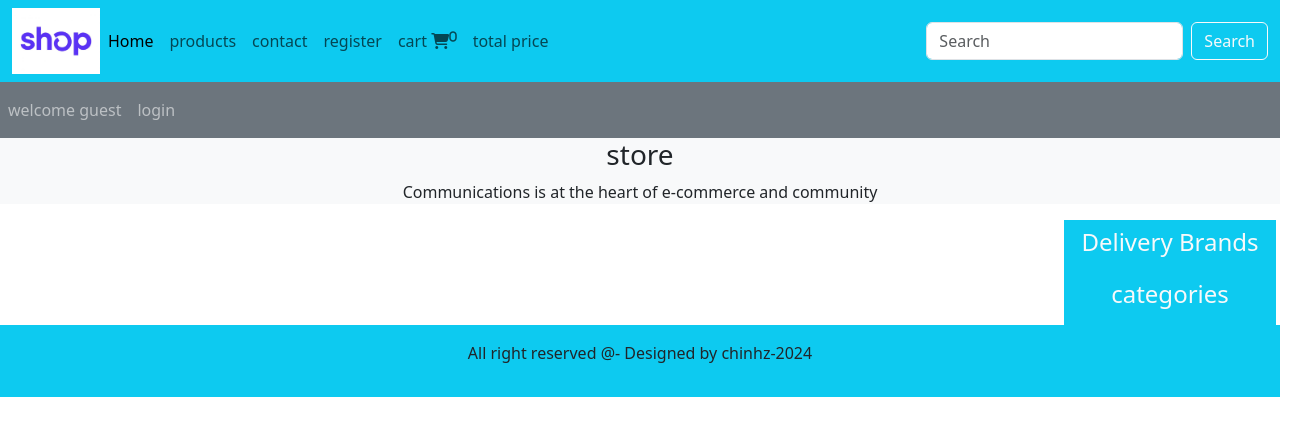
Repository: hahuuchinh2501/ecommerce_web
Page: http://localhost/
The author's editor kept a copy of each file at every save. The page is drawn from the files as they stood at one save, then again after the next save.
The browser window is 1280 px wide. The page is 1292 px wide, so the pictures cover 1292 px, including what lies to the right of the window. The pictures show the whole page.
The page is run by PHP 8.4 with error messages shown; the project is at /var/www/html/. Queries for data that is not in the repository find no rows.

Above is the page before, as saved 2025-02-06 21:47:36.

### index.php
<?php
include('includes/connect.php');
include('functions/common_function.php');
?>



<!DOCTYPE html>
<html lang="en">

<head>
    <meta charset="UTF-8">
    <meta name="viewport" content="width=device-width, initial-scale=1.0">
    <title>website</title>
    <link href="https://cdn.jsdelivr.net/npm/bootstrap@5.3.3/dist/css/bootstrap.min.css" rel="stylesheet"
        integrity="sha384-QWTKZyjpPEjISv5WaRU9OFeRpok6YctnYmDr5pNlyT2bRjXh0JMhjY6hW+ALEwIH" crossorigin="anonymous">
    <link rel="stylesheet" href="https://cdnjs.cloudflare.com/ajax/libs/font-awesome/6.5.2/css/all.min.css"
        integrity="sha512-SnH5WK+bZxgPHs44uWIX+LLJAJ9/2PkPKZ5QiAj6Ta86w+fsb2TkcmfRyVX3pBnMFcV7oQPJkl9QevSCWr3W6A=="
        crossorigin="anonymous" referrerpolicy="no-referrer" />
    <link rel="stylesheet" href="style.css">

</head>

<body>
    <!-- navbar -->
    <div class="container-fluid p-0">
        <nav class="navbar navbar-expand-lg bg-info">
            <div class="container-fluid">
                <img src="./images/shop.jpg" alt="" class="logo">
                <button class="navbar-toggler" type="button" data-bs-toggle="collapse"
                    data-bs-target="#navbarSupportedContent" aria-controls="navbarSupportedContent"
                    aria-expanded="false" aria-label="Toggle navigation">
                    <span class="navbar-toggler-icon"></span>
                </button>
                <div class="collapse navbar-collapse" id="navbarSupportedContent">
                    <ul class="navbar-nav me-auto mb-2 mb-lg-0">
                        <li class="nav-item">
                            <a class="nav-link active" aria-current="page" href="index.php">Home</a>
                        </li>
                        <li class="nav-item">
                            <a class="nav-link" href="display_all.php">products</a>
                        </li>
                        <li class="nav-item">
                            <a class="nav-link" href="#">contact</a>
                        </li>
                        <li class="nav-item">
                            <a class="nav-link" href="#">register</a>
                        </li>
                        <li class="nav-item">
                            <a class="nav-link" href="#">cart <i
                                    class="fa-solid fa-cart-shopping"><sup><?php cart_item(); ?></sup></i></a>
                        </li>
                        <li class="nav-item">
                            <a class="nav-link" href="#">total price</a>
                        </li>
                    </ul>
                    <form class="d-flex" role="search" action="search_product.php" method="get">
                        <input class="form-control me-2" type="search" placeholder="Search" aria-label="Search"
                            name="search_data">
                        <!-- <button class="btn btn-outline-success" type="submit">Search</button> -->
                        <input type="submit" value="Search" class="btn btn-outline-light" name="search_data_product">
                    </form>
                </div>
            </div>
        </nav>

        <!-- call function cart -->
        <?php
        cart();
        ?>

        <nav class="navbar navbar-expand-lg navbar-dark bg-secondary">
            <ul class="navbar-nav me-auto">
                <li class="nav-item">
                    <a class="nav-link" href="#">welcome guest</a>
                </li>
                <li class="nav-item">
                    <a class="nav-link" href="#">login</a>
                </li>
            </ul>
        </nav>
        <div class="bg-light">
            <h3 class="text-center">store</h3>
            <p class="text-center">Communications is at the heart of e-commerce and community</p>
        </div>

        <div class="row px-3">
            <div class="col-md-10">
                <div class="row">
                    <!-- fetching products -->

                    <?php
                    getproducts();
                    get_unique_categories();
                    get_unique_brands();
                    // $ip = getIPAddress();
                    // echo 'User Real IP Address - ' . $ip;
                    ?>
                    <!-- <div class="col-md-4 mb-4">
                        <div class="card">
                            <img src="./images/4.jpg" class="card-img-top" alt="...">
                            <div class="card-body">
                                <h5 class="card-title">Card title</h5>
                                <p class="card-text">Some quick example text to build on the card title and make up the bulk of the card's content.</p>
                                <a href="#" class="btn btn-info">Add to cart</a>
                                <a href="#" class="btn btn-secondary">View more</a>
                            </div>
                        </div>
                    </div> -->




                    <!-- row end    -->
                </div>
                <!-- col end -->
            </div>

            <div class="col-md-2 bg-secondary p-0">
                <!--branch-->
                <ul class="navbar-nav me-auto text-center">
                    <li class="nav-item bg-info">
                        <a href="#" class="nav-link text-light">
                            <h4>Delivery Brands</h4>
                        </a>
                    </li>

                    <?php
                    // $select_brands="select * from `brands`";
                    // $result_brands=mysqli_query($con,$select_brands);
                    // // $row_data=mysqli_fetch_assoc($result_brands);
                    // // echo $row_data['brand_title'];
                    // // echo $row_data['brand_title'];
                    // while($row_data=mysqli_fetch_assoc($result_brands)){
                    //     $brand_title=$row_data['brand_title'];
                    //     $brand_id=$row_data['brand_id'];
                    //     echo "<li class='nav-item'>
                    //     <a href='index.php?brand=$brand_id' class='nav-link text-light'> $brand_title</a>
                    // </li>";
                    // }
                    getbrands();

                    ?>


                    <!-- <li class="nav-item">
                        <a href="#" class="nav-link text-light"> Brands1</a>
                    </li>
                    <li class="nav-item">
                        <a href="#" class="nav-link text-light"> Brands2</a>
                    </li>
                    <li class="nav-item">
                        <a href="#" class="nav-link text-light"> Brands3</a>
                    </li>
                    <li class="nav-item">
                        <a href="#" class="nav-link text-light"> Brands4</a>
                    </li>
                    <li class="nav-item">
                        <a href="#" class="nav-link text-light"> Brands3</a>
                    </li> -->
                </ul>


                <!--category-->
                <ul class="navbar-nav me-auto text-center">
                    <li class="nav-item bg-info">
                        <a href="#" class="nav-link text-light">
                            <h4>categories</h4>
                        </a>
                    </li>

                    <?php
                    // $select_categories="select * from `categories`";
                    // $result_categories=mysqli_query($con,$select_categories);
                    // // $row_data=mysqli_fetch_assoc($result_brands);
                    // // echo $row_data['brand_title'];
                    // // echo $row_data['brand_title'];
                    // while($row_data=mysqli_fetch_assoc($result_categories)){
                    //     $category_title=$row_data['category_title'];
                    //     $category_id=$row_data['category_id'];
                    //     echo "<li class='nav-item'>
                    //     <a href='index.php?category=$category_id' class='nav-link text-light'> $category_title</a>
                    // </li>";
                    // }
                    getcategories();
                    ?>




                    <!-- <li class="nav-item">
                        <a href="#" class="nav-link text-light">categories</a>
                    </li>
                    <li class="nav-item">
                        <a href="#" class="nav-link text-light"> categories</a>
                    </li>
                    <li class="nav-item">
                        <a href="#" class="nav-link text-light"> categories</a>
                    </li>
                    <li class="nav-item">
                        <a href="#" class="nav-link text-light"> categories</a>
                    </li>
                    <li class="nav-item">
                        <a href="#" class="nav-link text-light">categories</a>
                    </li> -->
                </ul>
            </div>
        </div>

        <!-- include footer  -->
        <?php
        include("./includes/footer.php")
            ?>
    </div>

    <script src="https://cdn.jsdelivr.net/npm/bootstrap@5.3.3/dist/js/bootstrap.bundle.min.js"
        integrity="sha384-YvpcrYf0tY3lHB60NNkmXc5s9fDVZLESaAA55NDzOxhy9GkcIdslK1eN7N6jIeHz"
        crossorigin="anonymous"></script>
</body>

</html>

### includes/connect.php
<?php

$con=mysqli_connect('127.0.0.1:3316','root','123','myshop');
if(!$con) {
    die(mysqli_error($con));
}


?>

### functions/common_function.php
<?php
include('./includes/connect.php');


function getproducts()
{

    global $con;
    //condition to check isset or not
    if (!isset($_GET['category'])) {
        if (!isset($_GET['brand'])) {
            $select_query = "Select * from `products` order by rand() LIMIT 0,9";
            $result_query = mysqli_query($con, $select_query);
            // $row=mysqli_fetch_assoc($result_query);
            // echo $row['product_title'];
            while ($row = mysqli_fetch_assoc($result_query)) {
                $product_id = $row['product_id'];
                $product_title = $row['product_title'];
                $product_description = $row['product_description'];
                $product_image1 = $row['product_image1'];
                $product_price = $row['product_price'];
                $category_id = $row['category_id'];
                $brand_id = $row['brand_id'];
                echo "<div class='col-md-4 mb-2'>
                        <div class='card'>
                            <img src='./admin_area/product_images/$product_image1' class='card-img-top' alt='...'>
                            <div class='card-body'>
                                <h5 class='card-title'>$product_title</h5>
                                <p class='card-text'>$product_description</p>
                                <p class='card-text'>Giá: $product_price</p>
                                <a href='index.php?add_to_cart=$product_id' class='btn btn-info'>Add to cart</a>
                                <a href='product_details.php?product_id=$product_id' class='btn btn-secondary'>View more</a>
                            </div>
                        </div>
                    </div>";
            }
        }

    }
}

// getting all product
function get_all_products()
{
    global $con;
    //condition to check isset or not
    if (!isset($_GET['category'])) {
        if (!isset($_GET['brand'])) {
            $select_query = "Select * from `products` order by rand()";
            $result_query = mysqli_query($con, $select_query);
            // $row=mysqli_fetch_assoc($result_query);
            // echo $row['product_title'];
            while ($row = mysqli_fetch_assoc($result_query)) {
                $product_id = $row['product_id'];
                $product_title = $row['product_title'];
                $product_description = $row['product_description'];
                $product_image1 = $row['product_image1'];
                $product_price = $row['product_price'];
                $category_id = $row['category_id'];
                $brand_id = $row['brand_id'];
                echo "<div class='col-md-4 mb-2'>
                        <div class='card'>
                            <img src='./admin_area/product_images/$product_image1' class='card-img-top' alt='...'>
                            <div class='card-body'>
                                <h5 class='card-title'>$product_title</h5>
                                <p class='card-text'>$product_description</p>
                                <p class='card-text'>Giá: $product_price</p>
                                <a href='index.php?add_to_cart=$product_id' class='btn btn-info'>Add to cart</a>
                                <a href='product_details.php?product_id=$product_id' class='btn btn-secondary'>View more</a>
                            </div>
                        </div>
                    </div>";
            }
        }

    }
}


//getting unique categories
function get_unique_categories()
{

    global $con;
    //condition to check isset or not
    if (isset($_GET['category'])) {
        $category_id = $_GET['category'];
        $select_query = "Select * from `products` where category_id=$category_id";
        $result_query = mysqli_query($con, $select_query);
        $num_of_rows = mysqli_num_rows($result_query);
        if ($num_of_rows == 0) {
            echo "<h2 class='text-center text-danger'> No stock for this category</h2>";
        }
        // $row=mysqli_fetch_assoc($result_query);
        // echo $row['product_title'];
        while ($row = mysqli_fetch_assoc($result_query)) {
            $product_id = $row['product_id'];
            $product_title = $row['product_title'];
            $product_description = $row['product_description'];
            $product_image1 = $row['product_image1'];
            $product_price = $row['product_price'];
            $category_id = $row['category_id'];
            $brand_id = $row['brand_id'];
            echo "<div class='col-md-4 mb-2'>
                        <div class='card'>
                            <img src='./admin_area/product_images/$product_image1' class='card-img-top' alt='...'>
                            <div class='card-body'>
                                <h5 class='card-title'>$product_title</h5>
                                <p class='card-text'>$product_description</p>
                                <p class='card-text'>Giá: $product_price</p>
                                <a href='index.php?add_to_cart=$product_id' class='btn btn-info'>Add to cart</a>
                                 <a href='product_details.php?product_id=$product_id' class='btn btn-secondary'>View more</a>
                            </div>
                        </div>
                    </div>";
        }
    }

}


//getting unique brands
function get_unique_brands()
{

    global $con;
    //condition to check isset or not
    if (isset($_GET['brand'])) {
        $brand_id = $_GET['brand'];
        $select_query = "Select * from `products` where brand_id=$brand_id";
        $result_query = mysqli_query($con, $select_query);
        $num_of_rows = mysqli_num_rows($result_query);
        if ($num_of_rows == 0) {
            echo "<h2 class='text-center text-danger'> this brand available for service</h2>";
        }
        // $row=mysqli_fetch_assoc($result_query);
        // echo $row['product_title'];
        while ($row = mysqli_fetch_assoc($result_query)) {
            $product_id = $row['product_id'];
            $product_title = $row['product_title'];
            $product_description = $row['product_description'];
            $product_image1 = $row['product_image1'];
            $product_price = $row['product_price'];
            $category_id = $row['category_id'];
            $brand_id = $row['brand_id'];
            echo "<div class='col-md-4 mb-2'>
                        <div class='card'>
                            <img src='./admin_area/product_images/$product_image1' class='card-img-top' alt='...'>
                            <div class='card-body'>
                                <h5 class='card-title'>$product_title</h5>
                                <p class='card-text'>$product_description</p>
                                <p class='card-text'>Giá: $product_price</p>
                                <a href='index.php?add_to_cart=$product_id' class='btn btn-info'>Add to cart</a>
                                <a href='product_details.php?product_id=$product_id' class='btn btn-secondary'>View more</a>
                            </div>
                        </div>
                    </div>";
        }
    }

}



function getbrands()
{
    global $con;
    $select_brands = "select * from `brands`";
    $result_brands = mysqli_query($con, $select_brands);
    // $row_data=mysqli_fetch_assoc($result_brands);
    // echo $row_data['brand_title'];
    // echo $row_data['brand_title'];
    while ($row_data = mysqli_fetch_assoc($result_brands)) {
        $brand_title = $row_data['brand_title'];
        $brand_id = $row_data['brand_id'];
        echo "<li class='nav-item'>
                        <a href='index.php?brand=$brand_id' class='nav-link text-light'> $brand_title</a>
                    </li>";
    }
}

function getcategories()
{
    global $con;
    $select_categories = "select * from `categories`";
    $result_categories = mysqli_query($con, $select_categories);
    // $row_data=mysqli_fetch_assoc($result_brands);
    // echo $row_data['brand_title'];
    // echo $row_data['brand_title'];
    while ($row_data = mysqli_fetch_assoc($result_categories)) {
        $category_title = $row_data['category_title'];
        $category_id = $row_data['category_id'];
        echo "<li class='nav-item'>
                        <a href='index.php?category=$category_id' class='nav-link text-light'> $category_title</a>
                    </li>";
    }
}

//function search product

function search_product()
{
    global $con;
    if (isset($_GET['search_data_product'])) {
        $search_data_value = $_GET['search_data'];
        $search_query = "Select * from `products` where product_keywords like '%$search_data_value%'";
        $result_query = mysqli_query($con, $search_query);
        $num_of_rows = mysqli_num_rows($result_query);
        if ($num_of_rows == 0) {
            echo "<h2 class='text-center text-danger'> No have product this category</h2>";
        }
        while ($row = mysqli_fetch_assoc($result_query)) {
            $product_id = $row['product_id'];
            $product_title = $row['product_title'];
            $product_description = $row['product_description'];
            $product_image1 = $row['product_image1'];
            $product_price = $row['product_price'];
            $category_id = $row['category_id'];
            $brand_id = $row['brand_id'];
            echo "<div class='col-md-4 mb-2'>
                        <div class='card'>
                            <img src='./admin_area/product_images/$product_image1' class='card-img-top' alt='...'>
                            <div class='card-body'>
                                <h5 class='card-title'>$product_title</h5>
                                <p class='card-text'>$product_description</p>
                                <p class='card-text'>Giá: $product_price</p>
                                <a href='index.php?add_to_cart=$product_id' class='btn btn-info'>Add to cart</a>
                                 <a href='product_details.php?product_id=$product_id' class='btn btn-secondary'>View more</a>
                            </div>
                        </div>
                    </div>";
        }
    }
}


// view details product
function view_details()
{
    global $con;
    //condition to check isset or not
    if (isset($_GET['product_id'])) {
        if (!isset($_GET['category'])) {
            if (!isset($_GET['brand'])) {
                $product_id = $_GET['product_id'];
                $select_query = "Select * from `products` where product_id=$product_id";
                $result_query = mysqli_query($con, $select_query);
                while ($row = mysqli_fetch_assoc($result_query)) {
                    $product_id = $row['product_id'];
                    $product_title = $row['product_title'];
                    $product_description = $row['product_description'];
                    $product_image1 = $row['product_image1'];
                    $product_image2 = $row['product_image2'];
                    $product_image3 = $row['product_image3'];
                    $product_price = $row['product_price'];
                    $category_id = $row['category_id'];
                    $brand_id = $row['brand_id'];
                    echo "<div class='col-md-4 mb-2'>
                        <div class='card'>
                            <img src='./admin_area/product_images/$product_image1' class='card-img-top' alt='$product_title'>
                            <div class='card-body'>
                                <h5 class='card-title'>$product_title</h5>
                                <p class='card-text'>$product_description</p>
                                <p class='card-text'>Giá: $product_price</p>
                                <a href='index.php?add_to_cart=$product_id' class='btn btn-info'>Add to cart</a>
                                <a href='index.php' class='btn btn-secondary'>go home</a>
                            </div>
                        </div>
                    </div>

                     <div class='col-md-8'>
                     <div class='row'>
                        <div class='col-md-12'>
                            <h4 class='text-center text-info mb-5 '>relate products</h4>
                        </div>
                        <div class='col-md-6'>
                            <img src='./admin_area/product_images/$product_image2' class='card-img-top'
                                alt='$product_title'>
                        </div>
                        <div class='col-md-6'>
                            <img src='./admin_area/product_images/$product_image3' class='card-img-top'
                                alt='$product_title'>
                        </div>
                    </div>

                    </div>
                    ";
                }
            }

        }
    }
}

//get ip address
function getIPAddress()
{
    //whether ip is from the share internet
    if (!empty($_SERVER['HTTP_CLIENT_IP'])) {
        $ip = $_SERVER['HTTP_CLIENT_IP'];
    }
    //whether ip is from the proxy
    elseif (!empty($_SERVER['HTTP_X_FORWARDED_FOR'])) {
        $ip = $_SERVER['HTTP_X_FORWARDED_FOR'];
    }
    //whether ip is from the remote address
    else {
        $ip = $_SERVER['REMOTE_ADDR'];
    }
    return $ip;
}
// $ip = getIPAddress();
// echo 'User Real IP Address - ' . $ip;


function cart()
{
    if (isset($_GET['add_to_cart'])) {
        global $con;
        $get_ip_add = getIPAddress();
        $get_product_id = $_GET['add_to_cart'];
        $select_query = "Select * from `cart_details` where ip_address='$get_ip_add' and product_id=$get_product_id";
        $result_query = mysqli_query($con, $select_query);
        $num_of_rows = mysqli_num_rows($result_query);
        if ($num_of_rows > 0) {
            echo "<script>alert('this item is already present inside cart')</script>";
            echo "<script>window.open('index.php','_self')</script>";
        } else {
            $insert_query = "insert into `cart_details` (product_id,ip_address,quantity) values ($get_product_id,'$get_ip_add',0)";
            $result_query = mysqli_query($con, $insert_query);
            echo "<script>alert('item is added to cart')</script>";
            echo "<script>window.open('index.php','_self')</script>";

        }
    }
}

// cart item
function cart_item()
{
    if (isset($_GET['add_to_cart'])) {
        global $con;
        $get_ip_add = getIPAddress();

        $select_query = "Select * from `cart_details` where ip_address='$get_ip_add'";
        $result_query = mysqli_query($con, $select_query);
        $count_cart_items = mysqli_num_rows($result_query);
    } else {
        global $con;
        $get_ip_add = getIPAddress();

        $select_query = "Select * from `cart_details` where ip_address='$get_ip_add'";
        $result_query = mysqli_query($con, $select_query);
        $count_cart_items = mysqli_num_rows($result_query);
    }
    echo $count_cart_items;
}

//total price function

function total_cart_price()
{
    global $con;
    $get_ip_add = getIPAddress();
    $total_price = 0;

    $cart_query = "Select * from `cart_details` where ip_address='$get_ip_add'";
    $result = mysqli_query($con, $cart_query);
    while ($row = mysqli_fetch_array($result)) {
        $product_id = $row['product_id'];
        $select_products = "Select * from `products` where product_id='$product_id'";
        $result_products = mysqli_query($con, $select_products);
        while ($row_product_price = mysqli_fetch_array($result_products)) {
            $product_price = array($row_product_price['price']);
            $product_values = array_sum($product_price);
            $total_price += $product_values;
        }
    }
    echo $total_price;
}

?>

### includes/footer.php
<div class="bg-info p-3 text-center">
    <p>All right reserved @- Designed by chinhz-2024</p>
</div>

### style.css
* {
    margin: 0;
    padding: 0;
    box-sizing: border-box;
}


.logo {
    width: 7%;
    height: 7%;
}

     .card-img-top {
            height: 360px; /* Đặt chiều cao cố định */
            object-fit: cover; /* Đảm bảo hình ảnh vừa khung và không bị biến dạng */
        }

After the next save:
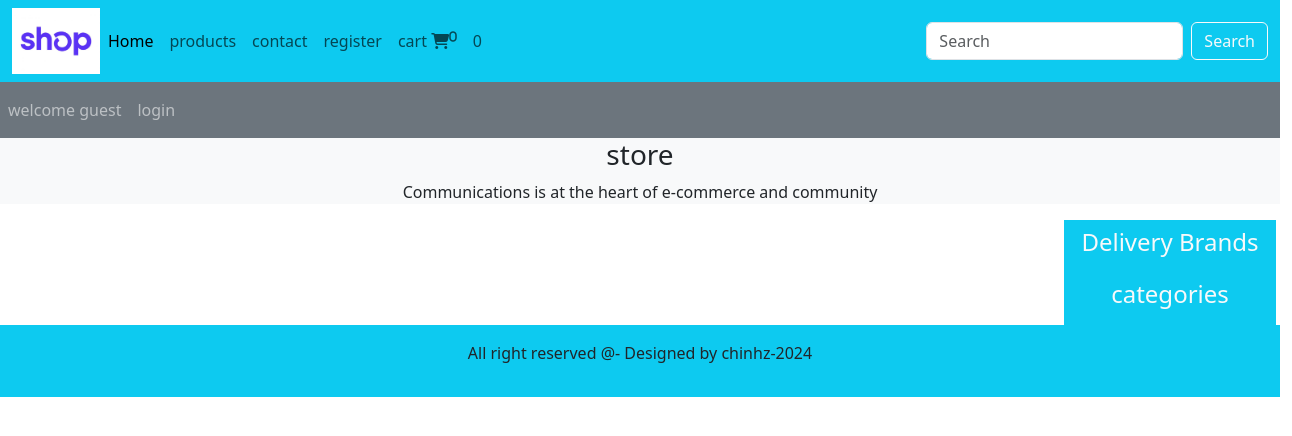
Saved 6 min 19 s later.
--- a/index.php
+++ b/index.php
@@ -51,7 +51,7 @@ include('functions/common_function.php');
                                     class="fa-solid fa-cart-shopping"><sup><?php cart_item(); ?></sup></i></a>
                         </li>
                         <li class="nav-item">
-                            <a class="nav-link" href="#">total price</a>
+                            <a class="nav-link" href="#"><?php total_cart_price(); ?></a>
                         </li>
                     </ul>
                     <form class="d-flex" role="search" action="search_product.php" method="get">
